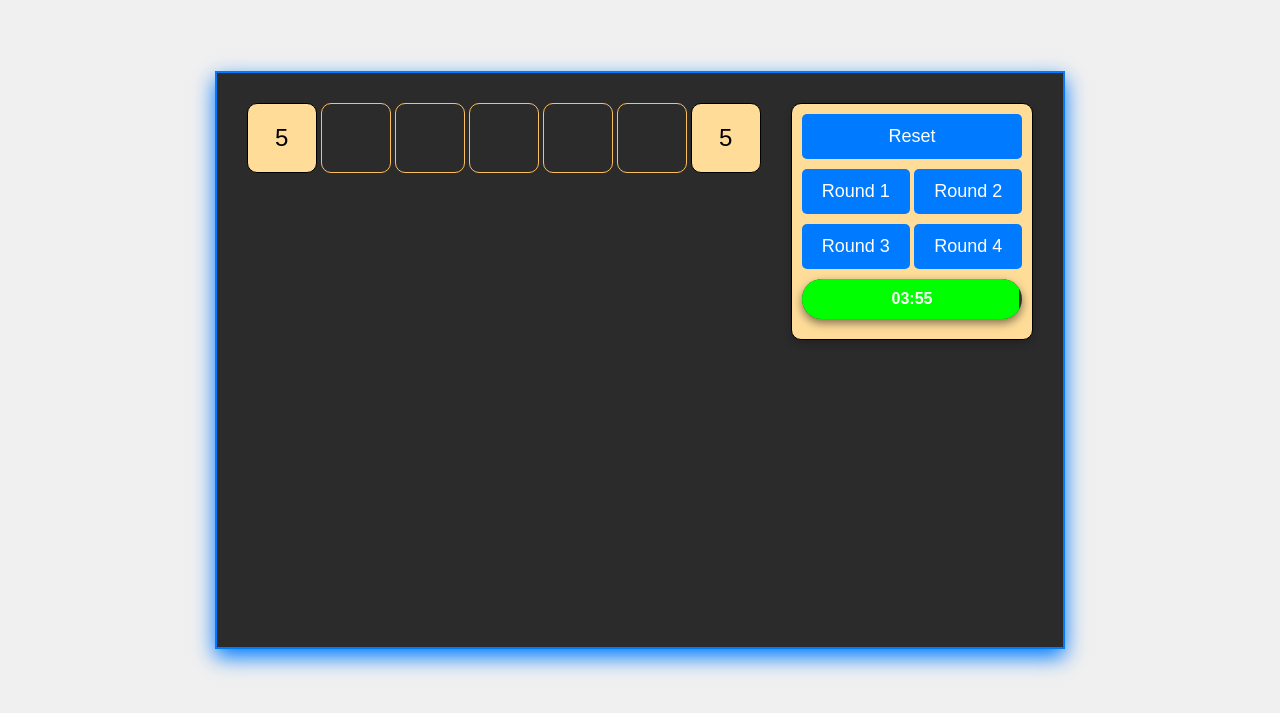
Repository: radisyah/THE_BRAIN_STORM
Page: Broken Link.html
The author's editor kept a copy of each file at every save. The page is drawn from the files as they stood at one save, then again after the next save.
The browser window is 1280 px wide. The pictures show the whole page.

Above is the page before, as saved 2024-10-31 00:32:21.

### Broken Link.html
<!DOCTYPE html>
<html lang="en">
<head>
    <meta charset="UTF-8">
    <meta name="viewport" content="width=device-width, initial-scale=1.0">
    <title>The Brain Storm | Broken Link</title>
    <style>
        body {
            font-family: Arial, sans-serif;
            display: flex;
            justify-content: center; /* Center the main content */
            align-items: center; /* Center vertically */
            height: 100vh;
            margin: 0;
            background-color: #f0f0f0;
        }

        .container {
            display: flex;
            justify-content: center;
            align-items: flex-start;
            background-color: #2b2b2b; Dark background for contrast
            border-radius: 20px;
            box-shadow: 0 8px 20px  #007bff;
            padding: 30px;
            border: 2px solid #007bff;
            transition: transform 0.3s ease-in-out;
        }

        /* Timer container styles */
        .timer-container {
            position: relative;
            width: 100%;
            height: 40px;
            background-color: #333;
            border-radius: 20px;
            overflow: hidden;
            box-shadow: 0px 4px 10px rgba(0, 0, 0, 0.5);
            margin-bottom: 10px;
        }

        /* Timer text styles */
        #timer {
            position: absolute;
            top: 50%;
            left: 50%;
            transform: translate(-50%, -50%);
            color: white;
            font-size: 16px;
            font-weight: bold;
            z-index: 2;
        }

        /* Progress bar styles */
        .timer-bar {
            position: absolute;
            top: 0;
            left: 0;
            height: 100%;
            background: linear-gradient(90deg, #00ff00, #ffff00, #ff0000);
            width: 100%;
            transition: width 1s linear;
            z-index: 1;
        }


        .container:hover {
            transform: scale(1.02); /* Slight scale effect when hovering over the container */
        }


        .grid-container {
            display: grid;
            grid-template-columns: repeat(7, 70px); /* Size increased */
            grid-template-rows: repeat(7, 70px); /* Size increased */
            gap: 4px; /* Increased gap */
            position: relative;
            margin-right: 30px; /* Space between grid and buttons */
        }

        .grid-item {
            display: flex;
            justify-content: center;
            align-items: center;
            font-size: 24px; /* Increased font size */
            background-color: #ffdd99;
            border: 1px solid #000;
            color: #000;
            cursor: pointer;
            position: relative;
            border-radius: 10px;
            transition: background-color 0.3s;
        }

        .grid-item[data-number=""] {
            background-color: #2b2b2b;
            border: 1px solid #fbc05d;
            cursor: default; /* Change cursor for empty grids */
        }

        .grid-item.active {
            background-color: #fbc05d;
        }

        .grid-item:hover {
            /* transform: translateY(-5px); */
            background-color: #fbc05d;

        }


        canvas {
            position: absolute;
            top: 0;
            left: 0;
            z-index: 1;
            pointer-events: none;
        }

        .green {
    background-color: green;
    color: white; /* Optional: For better visibility */
}


        #resetButton {
            padding: 12px 25px; /* Increased padding */
            font-size: 18px; /* Increased font size */
            cursor: pointer;
            background-color: #007bff;
            color: white;
            border: none;
            border-radius: 5px;
            transition: background-color 0.3s;
        }

        #resetButton:hover {
            background-color: #0056b3;
        }

        .question-buttons {
            display: flex;
            flex-direction: column; /* Align buttons vertically */
            gap: 10px;
            padding: 10px; /* Added padding */
            background-color: #ffdd99; /* Background color for buttons layout */
            border-radius: 10px; /* Rounded corners */
            box-shadow: 0 4px 8px rgba(0, 0, 0, 0.2); /* Shadow for effect */
             border: 1px solid #000;
        }

        .grid-item.active:hover {
            background-color: #fbc05d; /* Warna background berubah */
        }

        .question-button {
            padding: 12px 20px; /* Increased padding */
            font-size: 18px; /* Increased font size */
            cursor: pointer;
            background-color: #007bff;
            color: white;
            border: none;
            border-radius: 5px;
            transition: background-color 0.3s;
        }

        .question-button:hover {
            background-color: #0056b3;
        }
    </style>
</head>
<body>

<div class="container">
    <div class="grid-container" id="grid-container">
        <!-- Grid elements will be filled here -->
    </div>

    <div class="question-buttons">
        <button id="resetButton">Reset</button>
        <div>
            <button class="question-button" onclick="loadQuestion(1)">Round 1</button>
            <button class="question-button" onclick="loadQuestion(2)">Round 2</button>
        </div>
        <div>
            <button class="question-button" onclick="loadQuestion(3)">Round 3</button>
            <button class="question-button" onclick="loadQuestion(4)">Round 4</button>
        </div>
        <div class="timer-container">
            <div id="timer">04:00</div>
            <div class="timer-bar"></div>
        </div>

    </div>
</div>

<canvas id="lineCanvas"></canvas>

<script>
    const canvas = document.getElementById('lineCanvas');
    const ctx = canvas.getContext('2d');
    const gridContainer = document.getElementById('grid-container');
    const resetButton = document.getElementById('resetButton');
    let activeGrid = null;
    let lines = []; // Store lines to be drawn

    // Data grid untuk soal
    const questions = {
        1: [
            { number: "5" }, { number: "" }, { number: "" }, { number: "" }, { number: "" }, { number: "" }, { number: "5" },
        ],
    };

    let timeLimit = 240; // Limit waktu dalam detik
    let timeRemaining = timeLimit;
    let isTimerRunning = false;
    const timerDisplay = document.getElementById('timer');
    const timerBar = document.querySelector('.timer-bar');

    function startTimer() {
        if (isTimerRunning) return;
        isTimerRunning = true;

        timerInterval = setInterval(() => {
            timeRemaining--;

            // Format menit dan detik
            const minutes = Math.floor(timeRemaining / 60);
            const seconds = timeRemaining % 60;
            timerDisplay.textContent = `${minutes < 10 ? '0' + minutes : minutes}:${seconds < 10 ? '0' + seconds : seconds}`;

            // Perbarui lebar progress bar
            const percentage = (timeRemaining / timeLimit) * 100;
            timerBar.style.width = `${percentage}%`;

            // Ubah warna progress bar
            if (percentage <= 33) {
                timerBar.style.background = "#ff0000";
            } else if (percentage <= 66) {
                timerBar.style.background = "#ffff00";
            } else {
                timerBar.style.background = "#00ff00";
            }

            // Ketika waktu habis
            if (timeRemaining <= 0) {
                clearInterval(timerInterval);
                isTimerRunning = false;
                timerDisplay.textContent = "Time is Over";
                disableGridInteractions(); // Fungsi untuk mengunci input
            }
        }, 1000);
    }


    let isGridDisabled = false; // Global flag to track grid disabled state

    function disableGridInteractions() {
        isGridDisabled = true; // Set the disabled flag
        Array.from(gridContainer.children).forEach((gridItem) => {
            gridItem.style.pointerEvents = 'none';
        });
        resetButton.disabled = true;
        resetButton.style.pointerEvents = 'none';
    }



    function resizeCanvas() {
        const rect = gridContainer.getBoundingClientRect();
        canvas.width = rect.width;
        canvas.height = rect.height;
        canvas.style.top = `${rect.top}px`;
        canvas.style.left = `${rect.left}px`;
    }

// Load the grid
function loadGrid(data) {
    gridContainer.innerHTML = '';
    data.forEach((item, index) => {
        const gridItem = document.createElement('div');
        gridItem.classList.add('grid-item');
        gridItem.dataset.number = item.number;
        gridItem.textContent = item.number || '';
        gridItem.dataset.index = index;

        // Prevent interaction with empty grid items
        if (item.number === "") {
            gridItem.classList.add('empty');
        } else {
            gridItem.addEventListener('click', () => {
                activateGrid(gridItem);
            });
        }

        gridContainer.appendChild(gridItem);
    });

    // Resize canvas to match the grid
    resizeCanvas();
}

    // Tambahkan variabel untuk menyimpan level yang sedang aktif
    let currentQuestion = 1;

    // Ensure grid is disabled on level load if `isGridDisabled` is true
    function loadQuestion(questionNumber) {
        currentQuestion = questionNumber;
        loadGrid(questions[questionNumber]);
        ctx.clearRect(0, 0, canvas.width, canvas.height);
        activeGrid = null;
        lines = [];
        if (isGridDisabled) disableGridInteractions(); // Check and disable if needed
    }

    function activateGrid(gridItem) {
        if (activeGrid) {
            activeGrid.classList.remove('active');
        }

        gridItem.classList.add('active');
        activeGrid = gridItem;
    }

    function drawLine(start, end) {
        ctx.beginPath();
        ctx.moveTo(start.x, start.y);
        ctx.lineTo(end.x, end.y);
        ctx.strokeStyle = '#fbc05d';
        ctx.lineWidth = 2;
        ctx.stroke();
    }

    function getCenterPosition(gridItem) {
        const rect = gridItem.getBoundingClientRect();
        const gridContainerRect = gridContainer.getBoundingClientRect();
        return {
            x: rect.left + rect.width / 2 - gridContainerRect.left,
            y: rect.top + rect.height / 2 - gridContainerRect.top
        };
    }

    function move(direction) {
    const index = parseInt(activeGrid.dataset.index);
    let targetIndex;

    switch (direction) {
        case 'ArrowLeft':
            if (index % 7 !== 0) targetIndex = index - 1;
            break;
        case 'ArrowRight':
            if (index % 7 !== 6) targetIndex = index + 1;
            break;
        case 'ArrowUp':
            if (index - 7 >= 0) targetIndex = index - 7;
            break;
        case 'ArrowDown':
            if (index + 7 < questions[1].length) targetIndex = index + 7; // Default to first question length
            break;
    }

    if (targetIndex !== undefined && targetIndex >= 0 && targetIndex < questions[1].length) {
        const targetGrid = gridContainer.children[targetIndex];
        const startPosition = getCenterPosition(activeGrid);
        const endPosition = getCenterPosition(targetGrid);

        if (targetGrid.dataset.number === "") {
            // If it's empty, we can draw a line to it
            drawLine(startPosition, endPosition);
            lines.push({ start: startPosition, end: endPosition });
        } else if (targetGrid.dataset.number === "5" && activeGrid.dataset.number === "5") {
            // If both the active grid and target grid are "5", connect them
            drawLine(startPosition, endPosition);
            checkForMatch(targetGrid);
        }

        // Update the active grid
        activeGrid.classList.remove('active');
        activeGrid = targetGrid;
        activeGrid.classList.add('active');
    }
}

function checkForMatch(targetGrid) {
    // Check if both grids have the value "5"
    if (activeGrid.dataset.number === "5" && targetGrid.dataset.number === "5") {
        activeGrid.classList.add('green'); // Highlight active grid
        targetGrid.classList.add('green'); // Highlight target grid

        // Change the color of the empty grid(s) that have a line drawn between them
        const indexStart = parseInt(activeGrid.dataset.index);
        const indexEnd = parseInt(targetGrid.dataset.index);
        const minIndex = Math.min(indexStart, indexEnd);
        const maxIndex = Math.max(indexStart, indexEnd);

        // Change the grid item(s) in between to green
        for (let i = minIndex + 1; i < maxIndex; i++) {
            const inBetweenGrid = gridContainer.children[i];
            if (inBetweenGrid.dataset.number === "") {
                inBetweenGrid.classList.add('green'); // Change empty grid to green
            }
        }

        activeGrid.classList.remove('active'); // Deactivate the previous active grid
        activeGrid = null; // Reset active grid
        ctx.clearRect(0, 0, canvas.width, canvas.height); // Clear canvas
        drawAllLines(); // Redraw all lines
    }
}




    function drawAllLines() {
        for (let i = 0; i < lines.length; i++) {
            const { start, end } = lines[i];
            drawLine(start, end);
        }
    }


    resetButton.addEventListener('click', () => {
        ctx.clearRect(0, 0, canvas.width, canvas.height);
        activeGrid = null;
        lines = [];
        loadGrid(questions[currentQuestion]); // Load level yang sedang aktif
        // Hapus semua grid item yang memiliki kelas 'green'
        Array.from(gridContainer.children).forEach((gridItem) => {
            gridItem.classList.remove('green');
        });
    });

    document.addEventListener('keydown', (event) => {
        if (activeGrid) {
            move(event.key);
        }
    });

    // Disable grid when the page visibility changes to hidden
    document.addEventListener('visibilitychange', () => {
        if (document.visibilityState === 'hidden' && isGridDisabled) {
            disableGridInteractions();
        }
    });

    // Mulai timer saat halaman dimuat
    window.onload = () => {
        loadGrid(questions[1]); // Load pertanyaan pertama secara default
        window.addEventListener('resize', resizeCanvas);
        startTimer(); // Panggil timer
    };

</script>

</body>
</html>

After the next save:
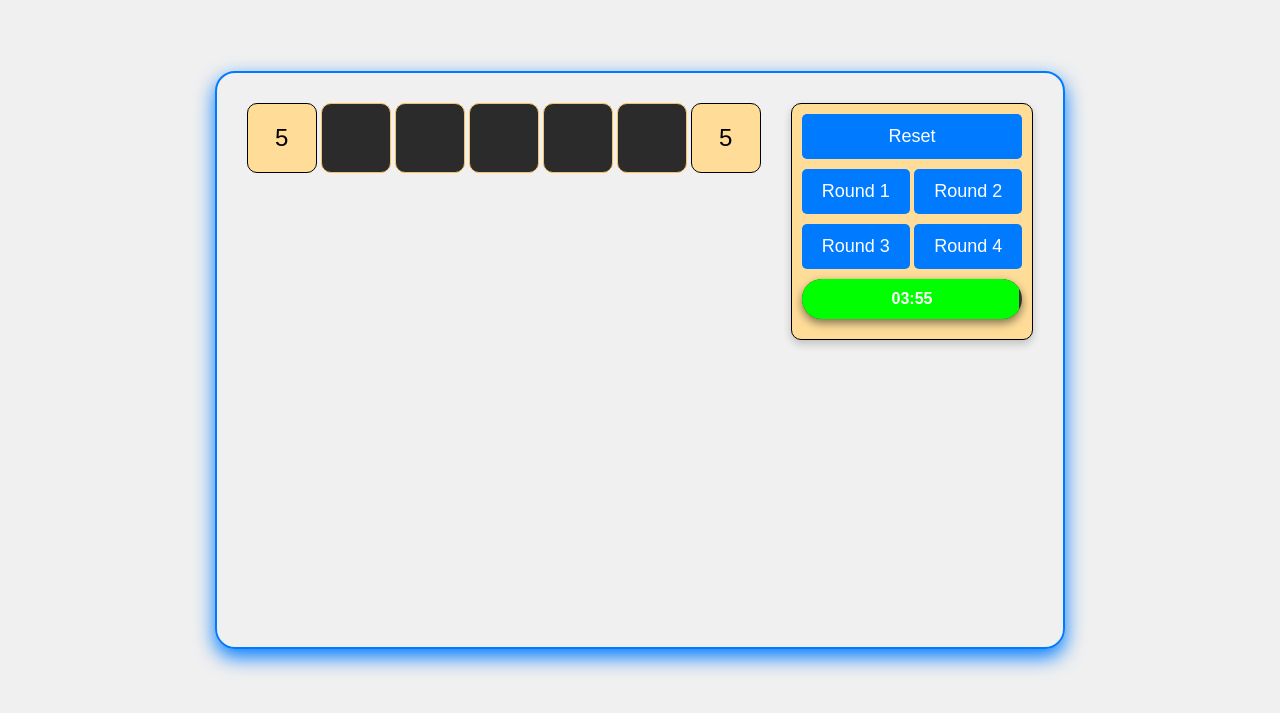
Saved 4 s later.
--- a/Broken Link.html
+++ b/Broken Link.html
@@ -19,7 +19,6 @@
             display: flex;
             justify-content: center;
             align-items: flex-start;
-            background-color: #2b2b2b; Dark background for contrast
             border-radius: 20px;
             box-shadow: 0 8px 20px  #007bff;
             padding: 30px;
